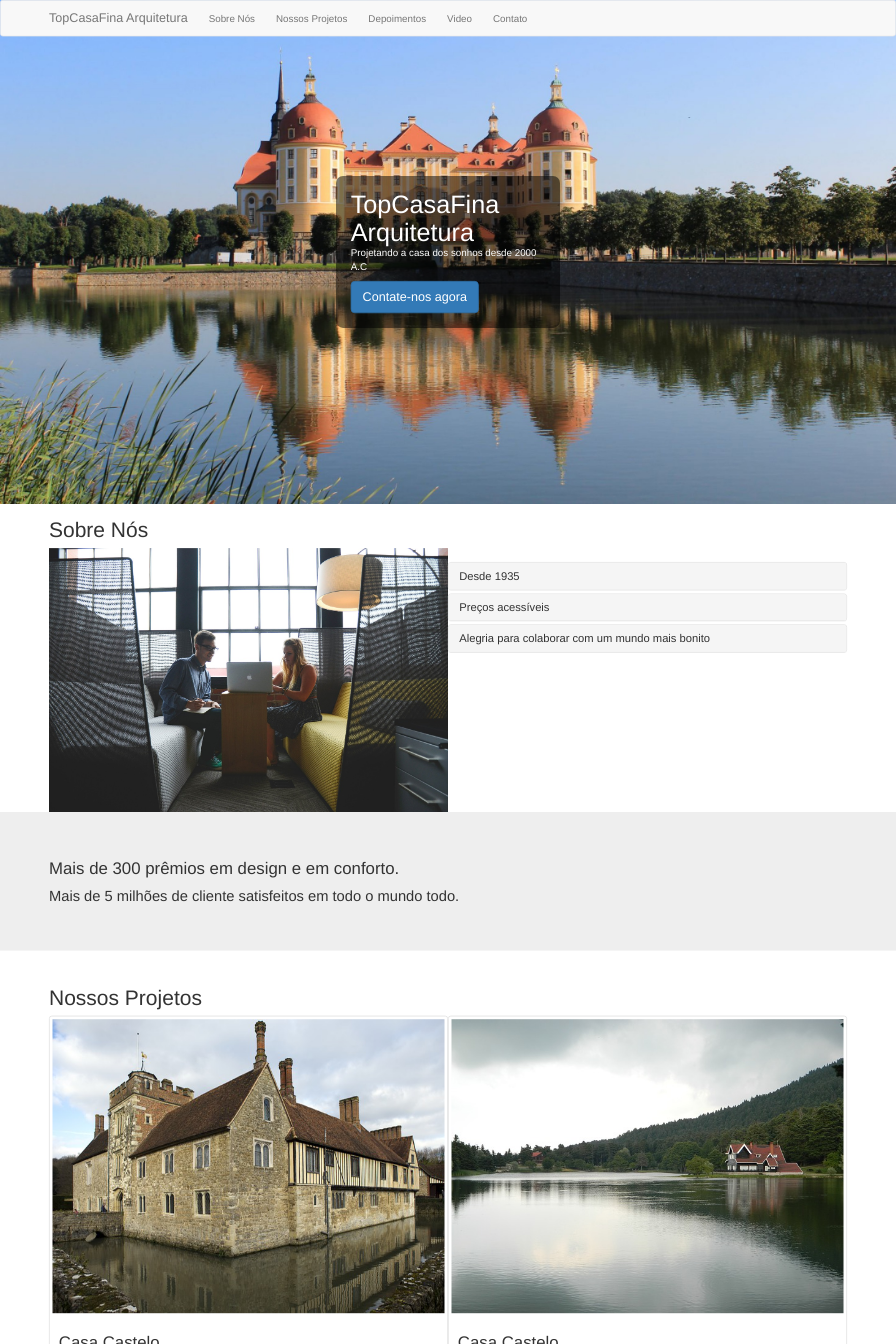
Repository: daviemer/bootstrap-alura
Page: index2.html
The author's editor kept a copy of each file at every save. The page is drawn from the files as they stood at one save, then again after the next save.
The browser window is 1280 px wide. The pictures show the part of the page from y = 0 to 1920 px (the page is 5145 px tall), at 70% of full size.

Above is the page before, as saved 2022-07-15 20:27:10.

After the next save:
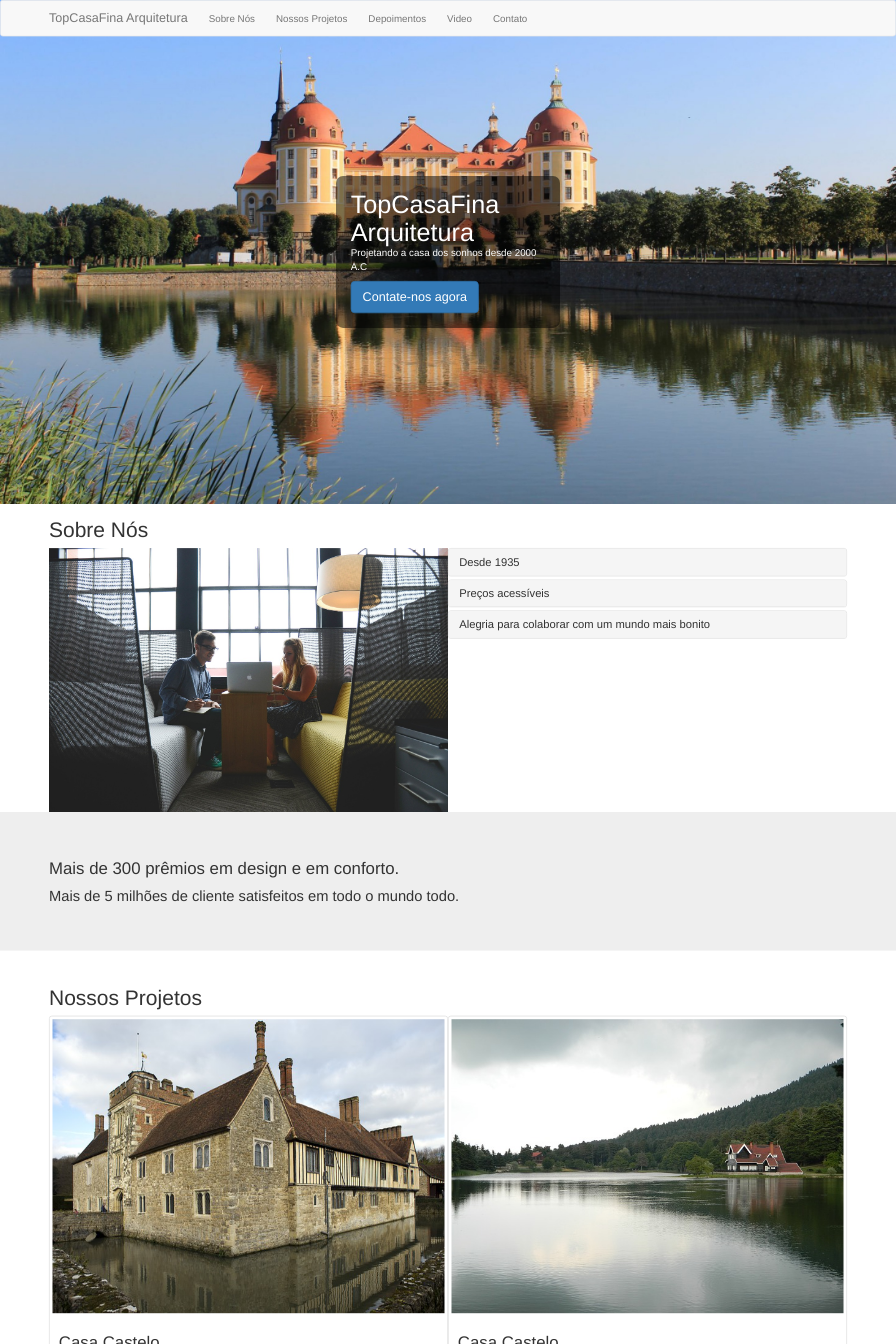
Saved 2 min 15 s later.
--- a/style.css
+++ b/style.css
@@ -72,6 +72,8 @@
     width: 50%;
     float:left;
   }
-
+  #paineis-sobre{
+    margin-top:0;
+  }
 
 }
